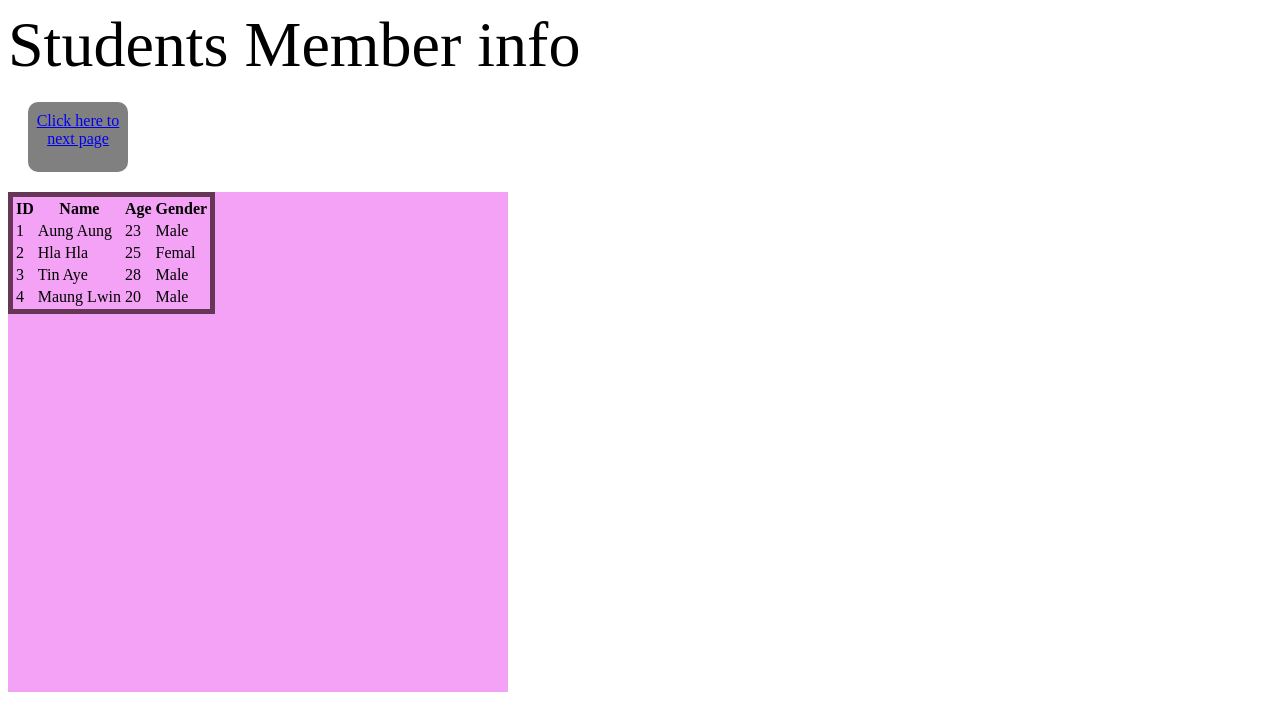
Repository: ThantLwinSoe/Servlet
Page: 01-Communication/src/main/webapp/index.html
An editor plug-in stored every save of this project. The page is shown before and after the next save, followed by the edit.
The browser window is 1280 px wide. The pictures show the whole page.

Above is the page before, as saved 2023-02-07 02:55:43.

After the next save:
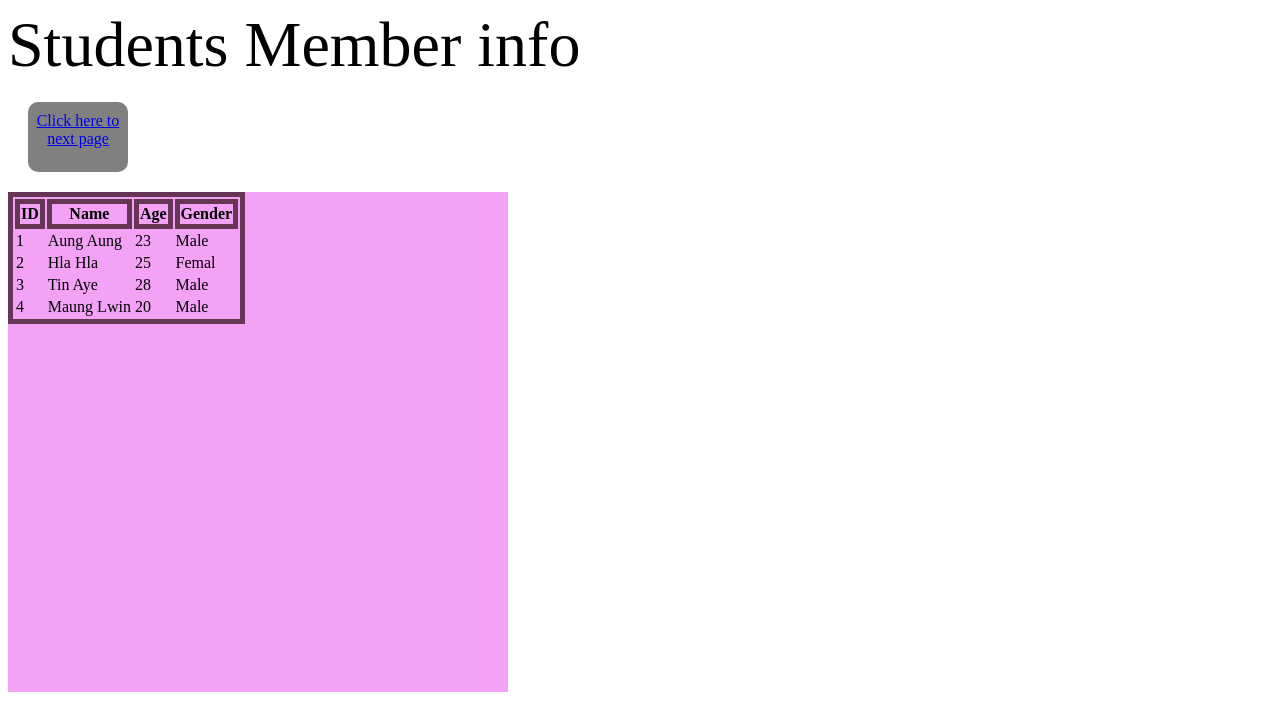
Saved 6 s later.
--- a/01-Communication/src/main/webapp/index.html
+++ b/01-Communication/src/main/webapp/index.html
@@ -22,7 +22,7 @@
 	height: 500px;
 	background: #F4A2F6;
 }
-.table_one,thead {
+.table_one,th {
 	border: 5px solid #663656;
 }
 </style>

After the save that followed:
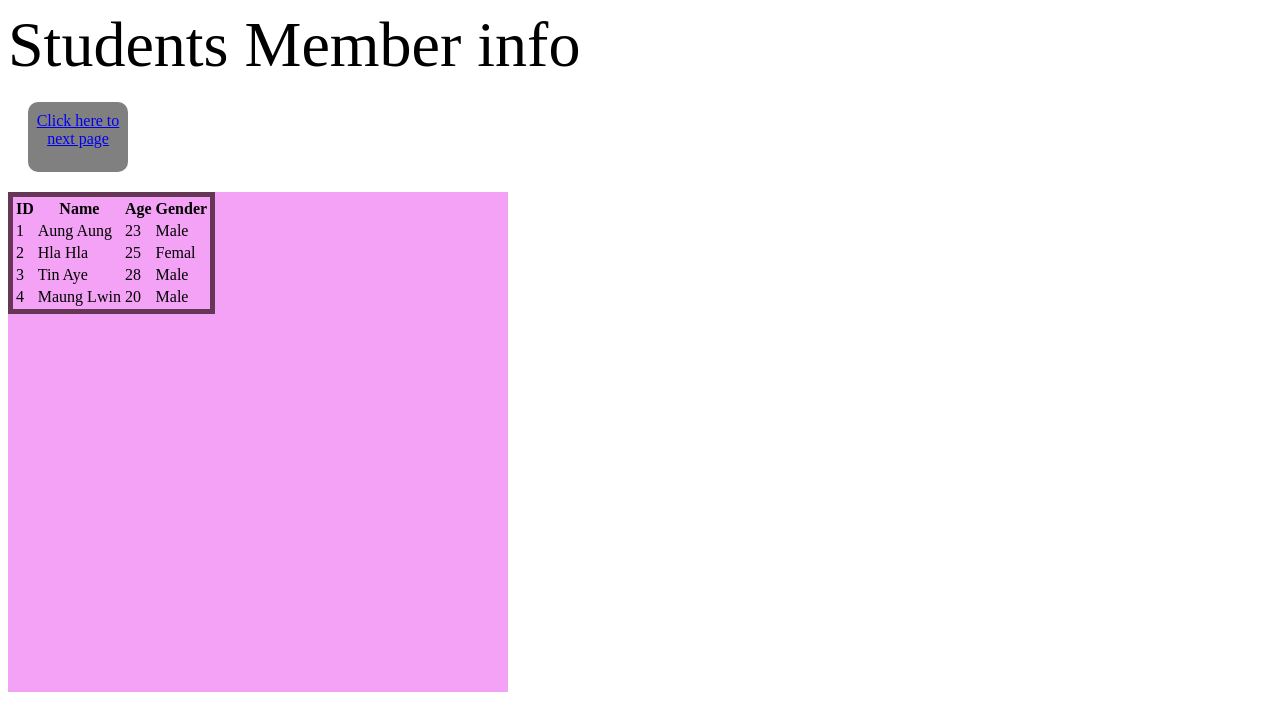
Saved 7 s later.
--- a/01-Communication/src/main/webapp/index.html
+++ b/01-Communication/src/main/webapp/index.html
@@ -22,7 +22,7 @@
 	height: 500px;
 	background: #F4A2F6;
 }
-.table_one,th {
+.table_one,tr {
 	border: 5px solid #663656;
 }
 </style>
